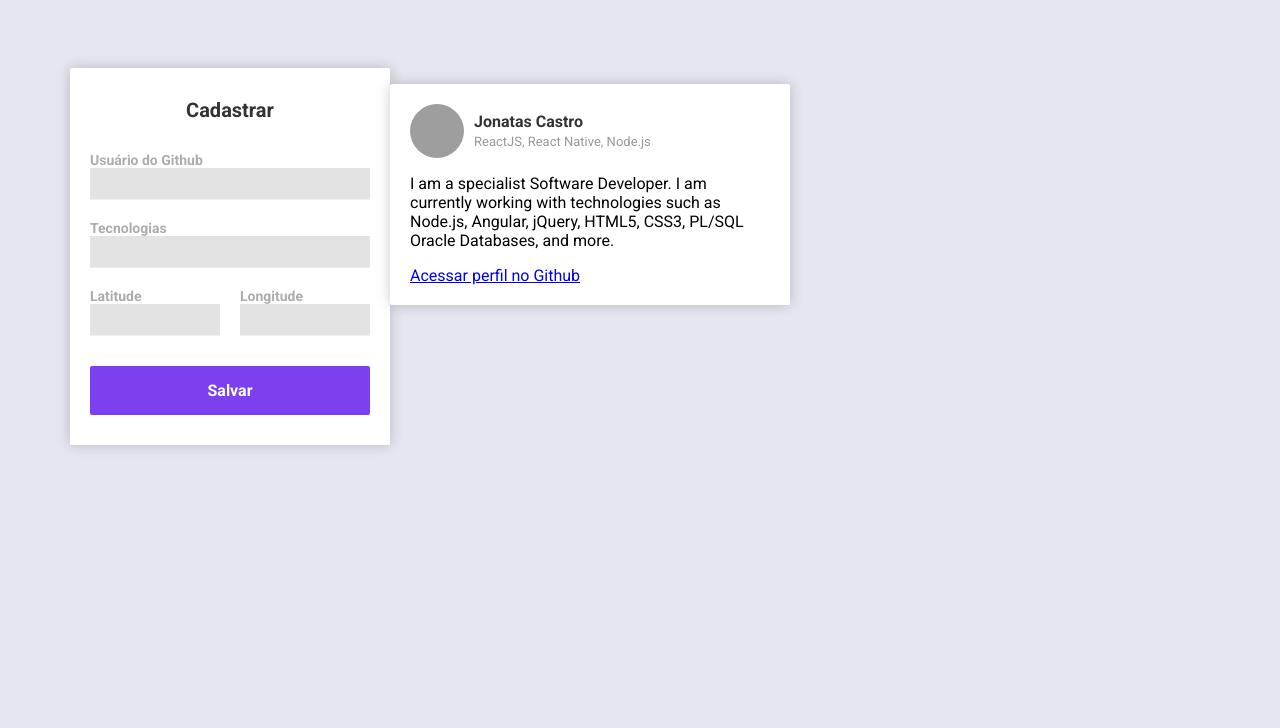
Repository: Jonatas-Castro/react_frontend
Page: /
These files come from the project's save history. The page is drawn as it stood at one moment and after the next save; the edit follows.
The browser window is 1280 px wide. The pictures show the whole page.
Pictures or frames that could not be fetched are drawn as grey boxes. The project was rebuilt for these pictures with package versions that can differ from the ones it lists, and the page was loaded fresh each time.

Above is the page before, as saved 2020-01-16 15:59:20.

### src/App.js
import React from 'react';
import './global.css';
import './App.css';
import './Sidebar.css';
import './Main.css';

// Componente: Bloco isolado de HTML, CSS OU JS, o quel não interfere no restante da aplicação.
// Propriedade: Informações que um componente PAI passa para um componente FILHO
// estado: Informações mantidas pelo componente (Lembrar : Imutabilidade)


function App() {

  return (
    <div id="app">
      <aside>
        <strong>Cadastrar</strong>
        <form action="">

          <div class="input-block">
            <label htmlFor="github_username">Usuário do Github</label>
            <input type="text" name="github_username" id="github_username" required />
          </div>

          <div class="input-block">
            <label htmlFor="techs">Tecnologias</label>
            <input type="text" name="techs" id="techs" required />
          </div>

          <div className="input-group">
            <div class="input-block">
              <label htmlFor="latitude">Latitude</label>
              <input type="text" name="latitude" id="latitude" required />
            </div>
            <div class="input-block">
            <label htmlFor="longitude">Longitude</label>
            <input type="text" name="longitude" id="longitude" required />
          </div>
          </div>
          <button type="submit">Salvar</button>
        </form>
      </aside>

      <main>
        <ul>
          <li className="dev-item">
            <header>
              <img src="https://avatars0.githubusercontent.com/u/55396593?s=460&v=4" alt="Jonatas-Castro"/>
              <div className="user-info">
                <strong>Jonatas Castro</strong>
                <span>ReactJS, React Native, Node.js</span>
              </div>
            </header>
            <p>
            I am a specialist Software Developer. I am currently working with technologies such as Node.js, Angular, jQuery, HTML5, CSS3, PL/SQL Oracle Databases, and more.
            </p>
            <a href="https://github.com/Jonatas-Castro">Acessar perfil no Github</a>
          </li>
        </ul>
      </main>
    </div>
   );
}

export default App;

### src/global.css
@import url('https://fonts.googleapis.com/css?family=Roboto:400,700&display=swap');
*{
    border:0;
    padding: 0;
    outline: 0;
    box-sizing: border-box;
}
html,body,#root{
    height: 100%;
}
body{
    background: #e5e6f0;
    -webkit-font-smoothing: antialiased;
}

body, input, button{
    font-family: roboto, sans-serif;
}

### src/App.css
#app{
    max-width: 1200px;
    margin: 0 auto;
    padding:60px 30px;
    display: flex;
    flex-direction: row;
    align-items: flex-start;
}

### src/Sidebar.css
aside{
    width: 320px;
    background: #fff;
    box-shadow:0 0 14px 0 rgba(0, 0, 0, 0.2);
    border-radius: 2px;
    padding: 30px 20px;
}
aside strong{
    font-size: 20px;
    text-align: center;
    display: block;
    color: #333;
}
aside form{
    margin-top: 30px;

}
aside form .input-block +.input-block{
    margin-top: 20px;
}

aside form .input-group{
    margin-top: 20px;
    display: grid;
    gap: 20px;
    grid-template-columns: 1fr 1fr;
}

aside form .input-group .input-block{
    margin-top: 0px;
}

aside form .input-block label{
    color:#acacac;
    font-size: 14px;
    font-weight: bold;
    display: block;
}
aside form .input-block input{
    width: 100px;
    height: 32px;
    font-size: 14px;
    color: #777;
    border: 0;
    border-bottom: 1px solid #eee;
    background: #e3e3e3;
    width: 100%;
}
aside form button[type=submit]{
    width: 100%;
    border:0;
    margin-top: 30px;
    background: #7d40ef;
    border-radius: 2px;
    padding: 15px 20px;
    font-size: 16px;
    font-weight: bold;
    color: #fff;
    cursor: pointer;
    transition: background 0.5s;

}
aside form button[type=submit]:hover{
    background: #6931ca;
}

### src/Main.css
main{
    flex: 1;

}
main ul{
    display: grid;
    grid-template-columns: repeat(2, 1fr);
    gap: 20px;
    list-style: none;
}

li.dev-item{
    background: #fff;
    box-shadow:0 0 14px 0 rgba(0, 0, 0, 0.2);
    border-radius: 2px;
    padding: 20px;
}
li.dev-item header{
    display: flex;
    flex-direction: row;
    align-items: center;

}

li.dev-item header img{
    width: 54px;
    height: 54px;
    border-radius: 50%;
}

li.dev-item header .user-info{

    margin-left: 10px;
}
.user-info strong{
    display: block;
    font-size: 16px;
    color: #333;

}
.user-info span{
    font-size: 13px;
    color: #999;
    margin-top: 2px;
}

Loaded but not shown: public/index.html (common file); src/index.js (common file)

After the next save:
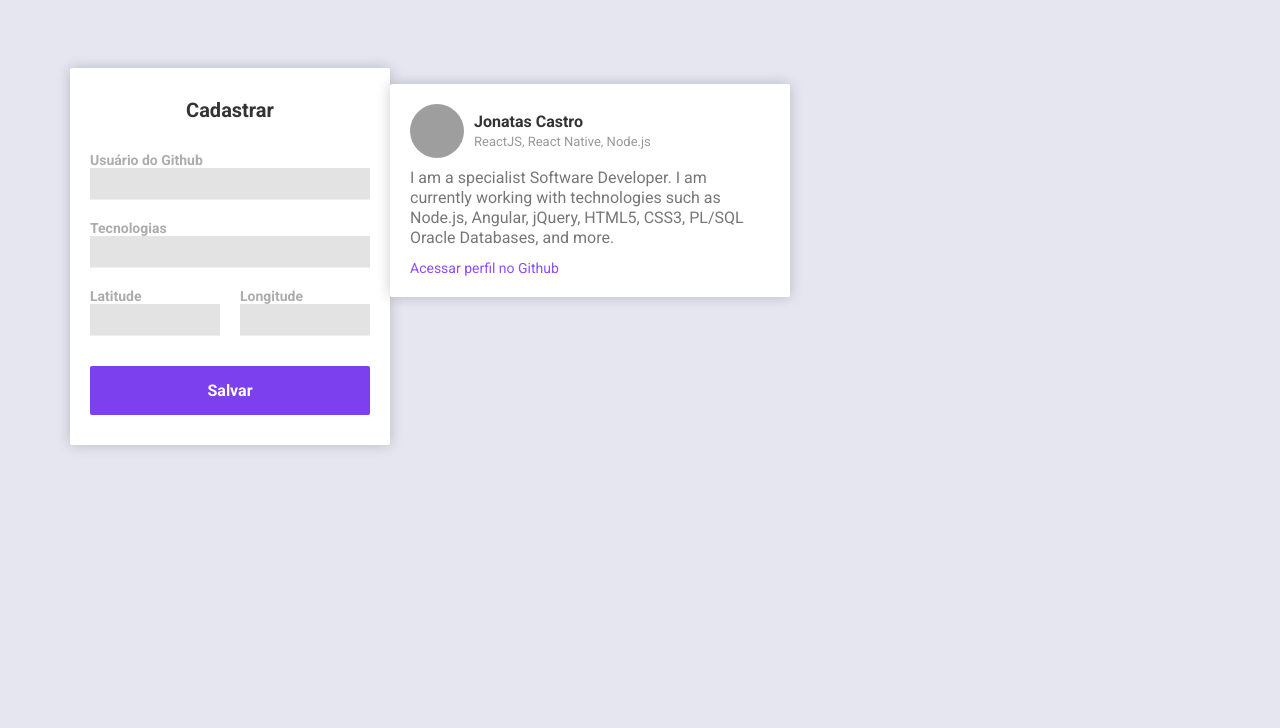
Saved 107 s later.
--- a/src/Main.css
+++ b/src/Main.css
@@ -43,3 +43,16 @@ li.dev-item header .user-info{
     color: #999;
     margin-top: 2px;
 }
+
+li.dev-item p{
+    color: #777;
+    font-size: 14p;
+    line-height: 20px;
+    margin: 10px 0;
+}
+
+li.dev-item a{
+    color: #8e4dff;
+    font-size: 14px;
+    text-decoration: none;
+}
